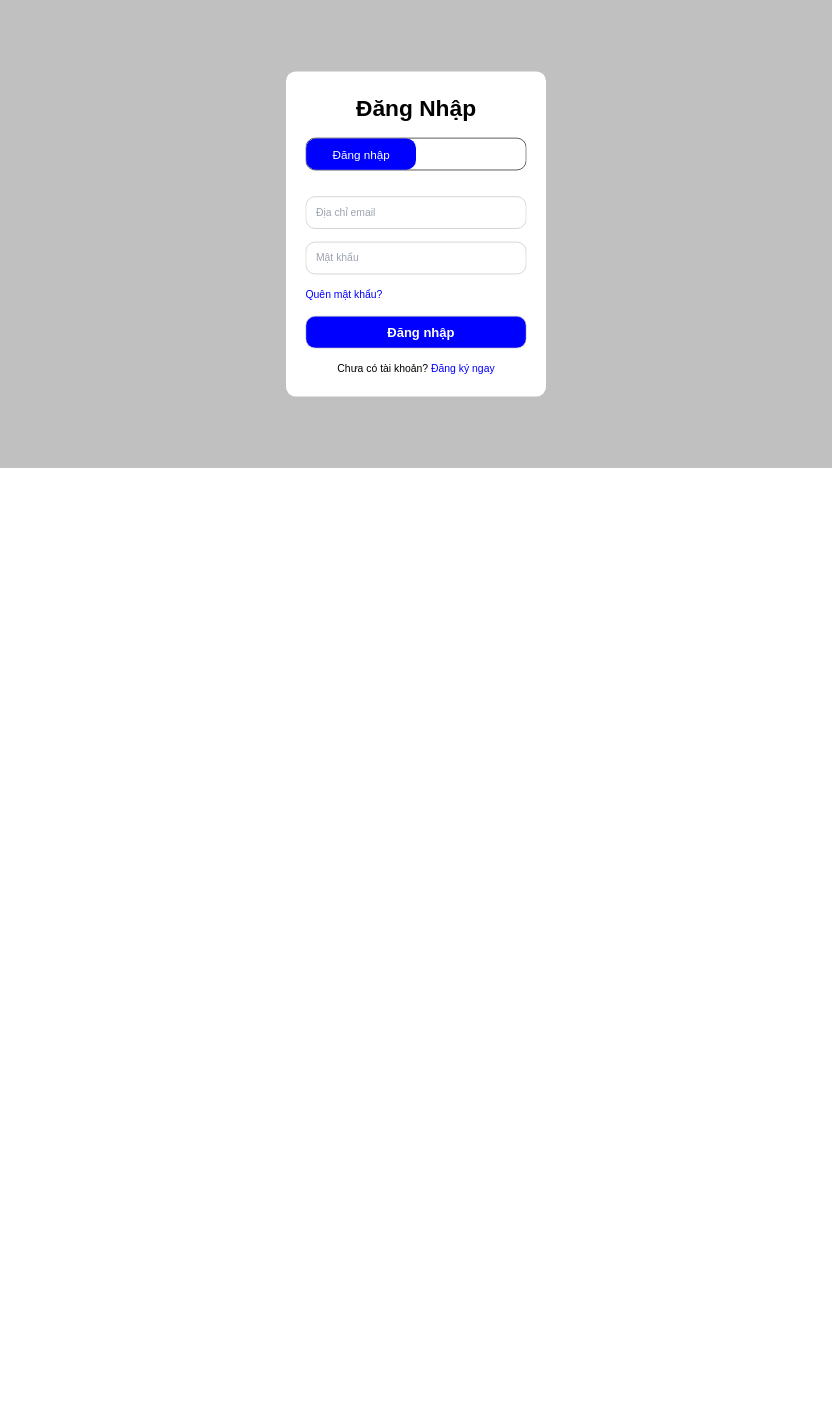
Repository: NguyenMinhThien-sudo/DemoFormPractice
Page: /
An editor plug-in stored every save of this project. The page is shown before and after a run of saves, followed by the edit.
The browser window is 1280 px wide. The pictures show the whole page, at 65% of full size.
The project was rebuilt for these pictures with package versions that can differ from the ones it lists, and the page was loaded fresh each time. Also part of the build but not shown: vite.config.js.

Above is the page before, as saved 2023-05-18 15:08:17.

After the next 2 saves:
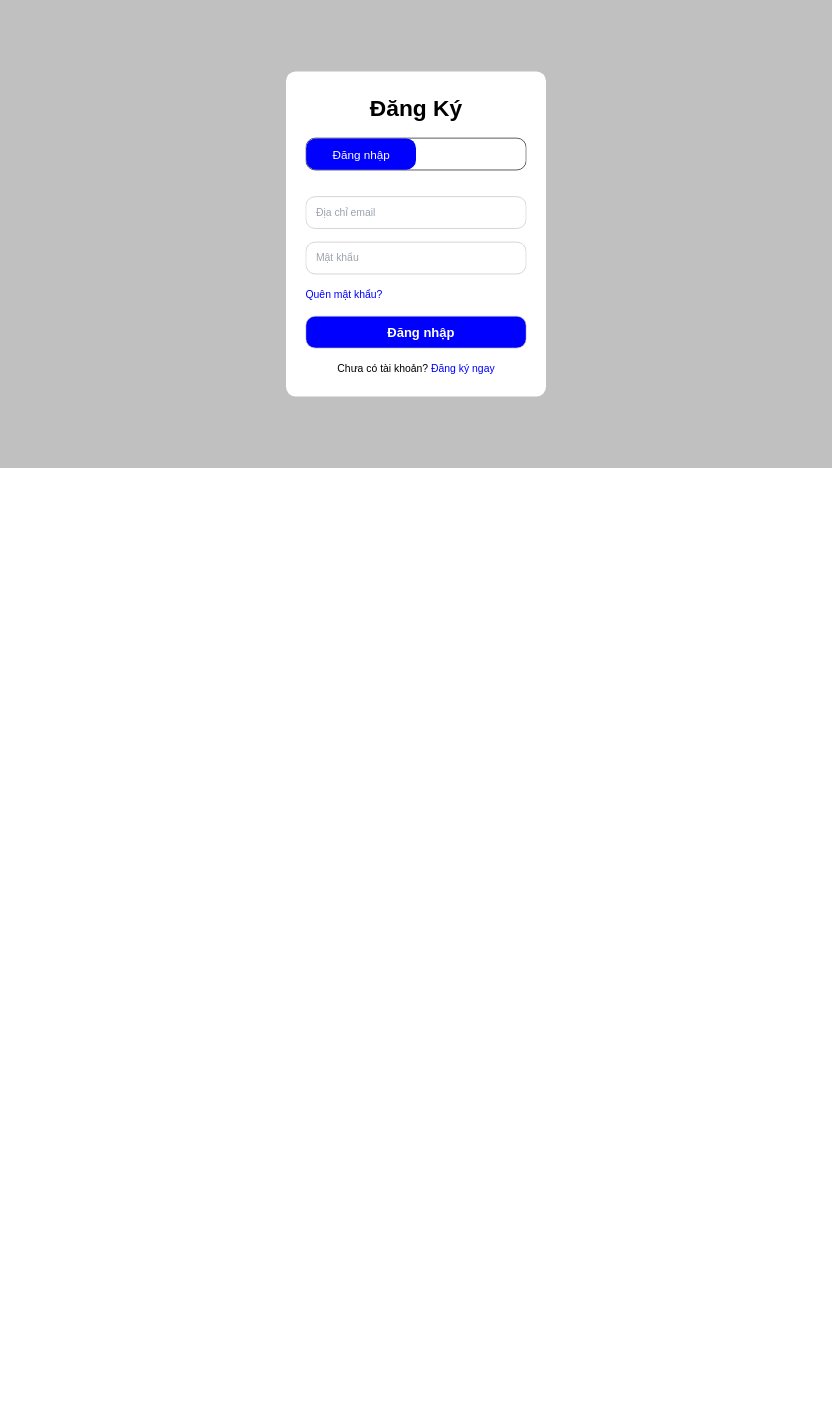
The 2 saves are shown as one change because 1 did not build or start.
The last was saved 86 s later.
--- a/src/components/form_practice/form.jsx
+++ b/src/components/form_practice/form.jsx
@@ -133,7 +133,9 @@
           <div className="form-wrapper">
             <div className="title-text">
               <div
-                className={`title login-text ${selectForm ? "is-active" : ""}`}
+                className={`title login-text ${
+                  selectForm === !selectForm2 ? "is-active" : ""
+                }`}
               >
                 Đăng Nhập
               </div>

After the save that followed:
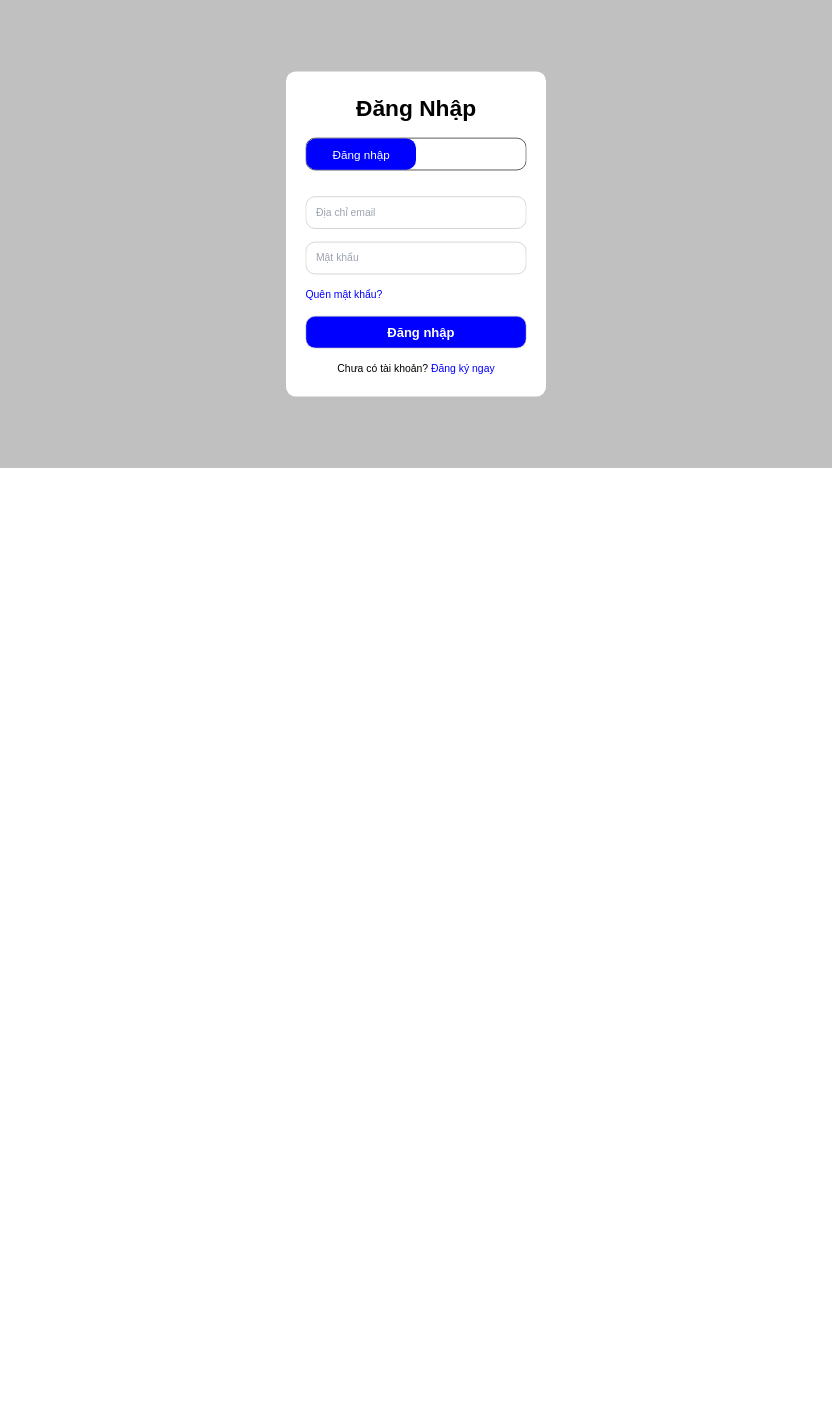
Saved 83 s later.
--- a/src/components/form_practice/form.jsx
+++ b/src/components/form_practice/form.jsx
@@ -133,9 +133,7 @@
           <div className="form-wrapper">
             <div className="title-text">
               <div
-                className={`title login-text ${
-                  selectForm === !selectForm2 ? "is-active" : ""
-                }`}
+                className={`title login-text ${selectForm ? "is-active" : ""}`}
               >
                 Đăng Nhập
               </div>
